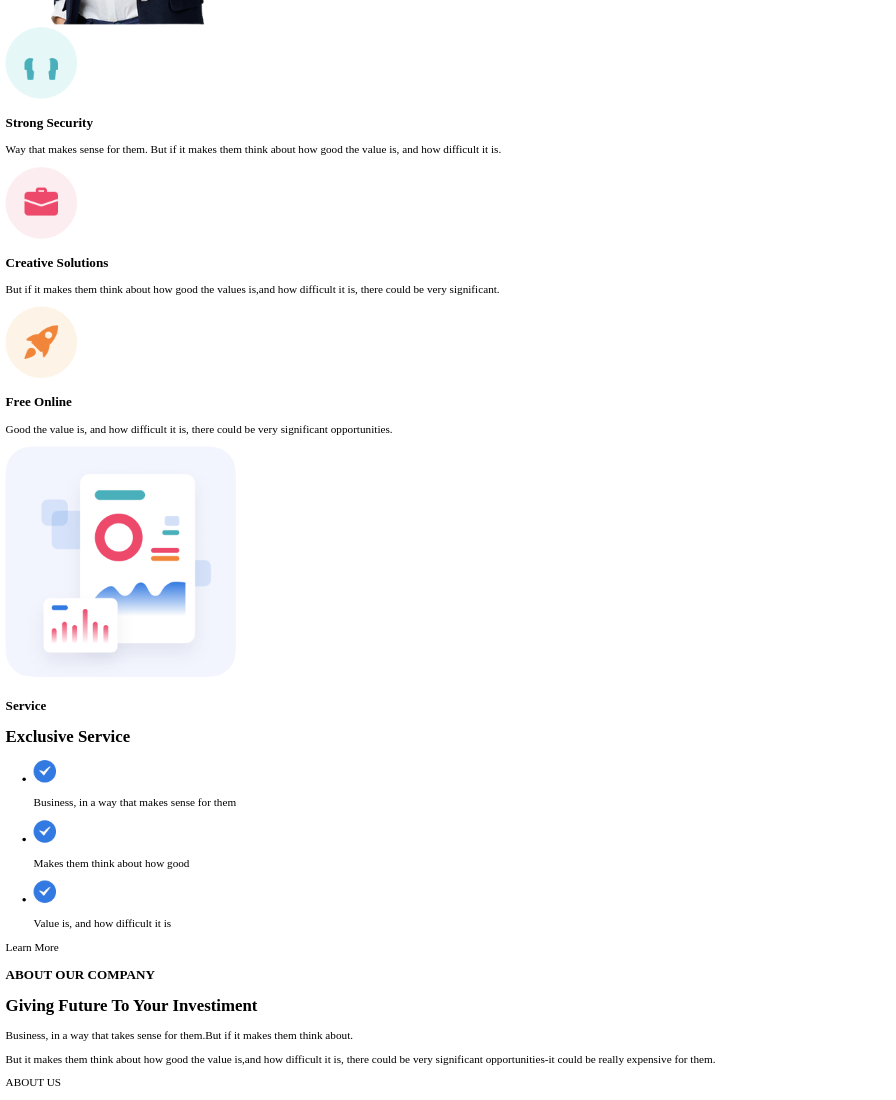
Repository: juniorAntunes910/Make-Money-Design-Avaliacao
Page: index.html
The author's editor kept a copy of each file at every save. The page is drawn from the files as they stood at one save, then again after a run of saves.
The browser window is 1280 px wide. The pictures show the part of the page from y = 667 to 2587 px (the page is 2239 px tall before and 2587 px after), at 70% of full size.

Above is the page before, as saved 2026-03-12 10:00:55.

### index.html
<!DOCTYPE html>
<html lang="pt-br">

<head>
    <meta charset="UTF-8">
    <meta name="viewport" content="width=device-width, initial-scale=1.0">
    <title>Make Money</title>
    <link rel="stylesheet" href="style.css">
    <link rel="stylesheet" href="https://cdnjs.cloudflare.com/ajax/libs/font-awesome/6.5.1/css/all.min.css">
</head>

<body class="container">
    <header>
        <nav>
            <h1 id="header-title">
                <a href="#">
                    MNY
                </a>
            </h1>

            <div class="header-box-menu">
                <i class="fa-solid fa-bars"></i>
            </div>
        </nav>
    </header>

    <main>
        <section id="hero">
            <div id="hero-header">
                <h3 class="hero-header-subtitle">
                    MAKE MONEY
                </h3>

                <h2 class="hero-header-title">
                    Grow Your
                    Money Like
                    Never Before
                </h2>

                <p class="hero-header-description">
                    Business, in a way that makes sense for
                    them. But if it makes them think about how
                    good the value.
                </p>
            </div>

            <div id="hero-btn">
                <p>Get Started</p>
            </div>

            <div id="hero-img-box">
                <img src="Assets/Mobile/hero/main-content-img-manCoffe-Mobile.png" alt="Imagem de um homem com roupa de escritorio segurando um café com a mão esquerda, atras do homem há
                3 graficos indicando crescimento" id="hero-img-box-mobile">

            </div>
        </section>

        <section id="main-content">

            <div id="main-content-cards"><!--Estou usando como um container/box de cards-->

                <div class="main-content-card-box"><!--Primeiro "Card" Strong Security-->

                    <div class="main-content-card-box-img-box"><!--Imagem do card-->
                        <img src="Assets/Mobile/main-content/img-card-strong-mobile.png" alt="Imagem de uma bola azul cor #E6F7F8 com duas luvas de box estilo low poly, tambem azul porem
                        mais escuro #49AFBA" class="main-content-card-box-img-box-mobile">
                    </div><!--Fim da imagem do card-->

                    <div class="main-content-card-box-content"><!--Conteudo do card-->
                        <h3 class="main-content-card-box-content-title">
                            Strong Security
                        </h3>

                        <p class="main-content-card-box-content-description">
                            Way that makes sense for them. But if it
                            makes them think about how good the
                            value is, and how difficult it is.
                        </p>
                    </div><!--Fim do conteudo do card-->

                </div><!--Fim do Primeiro "Card" Strong security-->

                <div class="main-content-card-box"><!--Segundo "Card" Creative Solutiions-->

                    <div class="main-content-card-box-img-box"><!--Imagem do card-->
                        <img src="Assets/Mobile/main-content/img-card-creative-mobile.png"
                            alt="Imagem de uma bola vermelha cor #FCEDF0, com uma maleta estilo escritorio tambem vermelha #ED496B "
                            class="main-content-card-box-img-box-mobile">
                    </div><!--Fim da imagem do card-->

                    <div class="main-content-card-box-content"><!--Conteudo do card-->
                        <h3 class="main-content-card-box-content-title">
                            Creative Solutions
                        </h3>

                        <p class="main-content-card-box-content-description">
                            But if it makes them think about how
                            good the values is,and how difficult it is,
                            there could be very significant.
                        </p>
                    </div><!--Fim do conteudo do card-->

                </div><!--Fim do Segundo "Card" Creative Solutions-->

                <div class="main-content-card-box"><!--Terceiro "Card" Free Online-->

                    <div class="main-content-card-box-img-box"><!--Imagem do card-->
                        <img src="Assets/Mobile/main-content/img-card-free-mobile.png"
                            alt="Imagem de uma bola amarela cor #FDF3E6, com um foguete tambem amarelo #F1863B "
                            class="main-content-card-box-img-box-mobile">
                    </div><!--Fim da imagem do card-->

                    <div class="main-content-card-box-content"><!--Conteudo do card-->
                        <h3 class="main-content-card-box-content-title">
                            Free Online
                        </h3>

                        <p class="main-content-card-box-content-description">
                            Good the value is, and how difficult it is,
                            there could be very significant
                            opportunities.
                        </p>
                    </div><!--Fim do conteudo do card-->

                </div><!--Fim do Terceiro "Card" Free online-->
            </div><!--Fimd o container card Box-->

            <div class="line-division"></div><!--Linha de divisão entre main-content e service-->

        </section>

        <section id="service">

            <div id="service-img-box">
                <img src="Assets/Mobile/service/img-service-graph-mobile.png" alt="Imagem de dois graficos minimalistas, um grafico sendo o maior e possuindo varios graficos
                dentro da seu espaço e um grafico menor sendo de barras" id="img-service-mobile">
            </div>

            <div class="service-content">
                <div class="service-content-header">
                    <h3 class="service-content-subtitle">
                        Service
                    </h3>

                    <h2 class="service-content-title">
                        Exclusive
                        Service
                    </h2>
                </div>

                <div class="service-content-avaiable">
                    <ul>
                        <li>
                            <div class="service-content-avaiable-img-box">
                                <img src="Assets/Mobile/service/img-service-avaiable-mobile.png"
                                    alt="Imagem de uma bola azul com um simbolo de certo/correto branco no centro"
                                    class="img-avaiable-mobile">
                            </div>
                            <p>
                                Business, in a way that makes
                                sense for them
                            </p>
                        </li>

                        <li>
                            <div class="service-content-avaiable-img-box">
                                <img src="Assets/Mobile/service/img-service-avaiable-mobile.png"
                                    alt="Imagem de uma bola azul com um simbolo de certo/correto branco no centro"
                                    class="img-avaiable-mobile">
                            </div>
                            <p>
                                Makes them think about how
                                good
                            </p>
                        </li>

                        <li>
                            <div class="service-content-avaiable-img-box">
                                <img src="Assets/Mobile/service/img-service-avaiable-mobile.png"
                                    alt="Imagem de uma bola azul com um simbolo de certo/correto branco no centro"
                                    class="img-avaiable-mobile">
                            </div>
                            <p>
                                Value is, and how difficult it is
                            </p>
                        </li>
                    </ul>

                    <div id="service-content-avaiable-btn">
                        <p>
                            Learn More
                        </p>
                    </div>
                </div>
            </div>
        </section>

        <section id="about">
            <div class="about-header">
                <h3 class="about-header-subtitle">
                    ABOUT OUR COMPANY
                </h3>

                <h2 class="about-header-title">
                    Giving Future To
                    Your Investiment
                </h2>

                <p class="about-header-description">
                    Business, in a way that takes
                    sense for them.But if it makes
                    them think about.
                </p>

                <p class="about-header-subdescription">
                    But it makes them think about how good
                    the value is,and how difficult it is, there
                    could be very significant opportunities-it
                    could be really expensive for them.
                </p>

                <div class="about-header-btn">
                    <p>ABOUT US</p>
                </div>
            </div>

            <div id="about-img-box">

            </div>
        </section>

    </main>
    <footer>

    </footer>
</body>

</html>

Loaded but not shown: style.css (no copy from this time; the picture is the same without it)

After the next 4 saves:
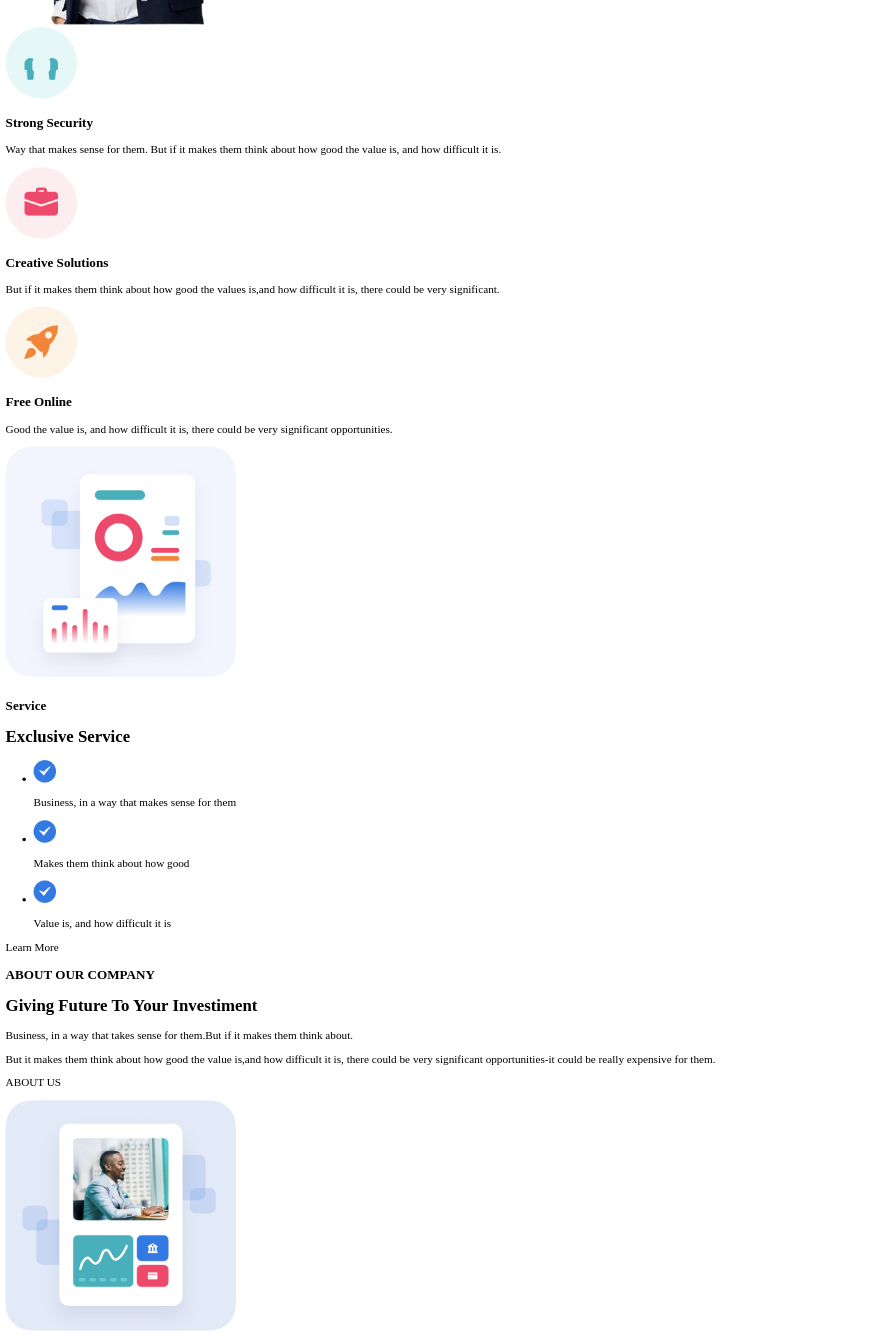
The 4 saves are shown as one change because they came seconds apart.
The last was saved 75 s later.
--- a/index.html
+++ b/index.html
@@ -225,7 +225,7 @@
             </div>
 
             <div id="about-img-box">
-
+                <img src="Assets/Mobile/about/img-about-office-mobile.png" alt="">
             </div>
         </section>
 
